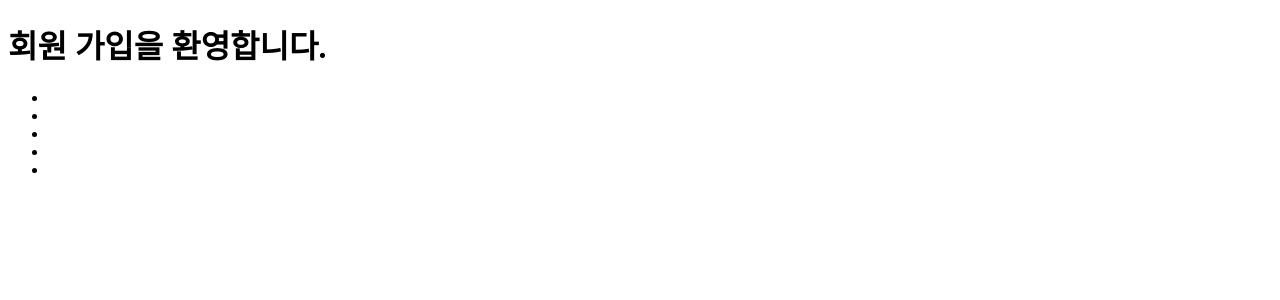
Repository: ygs3004/StudyHTML_CSS
Page: web project 01/src/main/webapp/chapter05/exam05_14.html
An editor plug-in stored every save of this project. The page is shown before and after the next save, followed by the edit.
The browser window is 1280 px wide. The pictures show the whole page.

Above is the page before, as saved 2022-08-05 07:45:53.

### web project 01/src/main/webapp/chapter05/exam05_14.html
<!DOCTYPE html>
<html>
<head>
<meta charset="UTF-8">
<title>Insert title here</title>
</head>
<body>
	<h1>회원 가입을 환영합니다.</h1>
	<form action="">
		<ul>
			<li></li>
			<li></li>
			<li></li>
			<li></li>
			<li></li>
		</ul>
	</form>
</body>
</html>

After the next save:
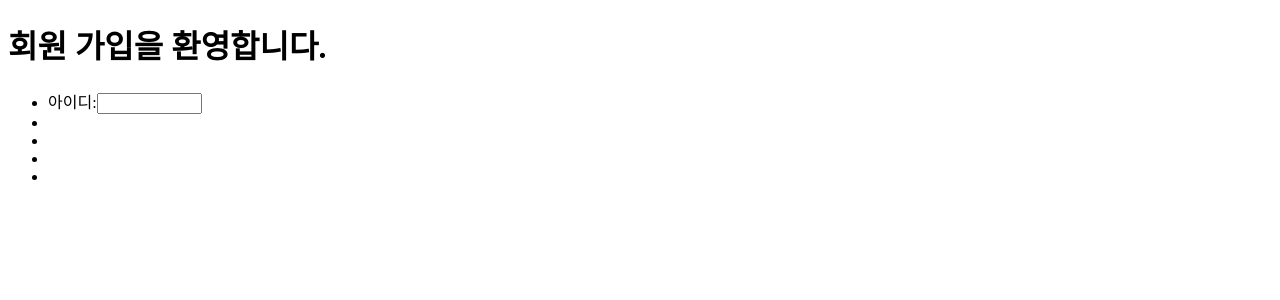
Saved 80 s later.
--- a/web project 01/src/main/webapp/chapter05/exam05_14.html
+++ b/web project 01/src/main/webapp/chapter05/exam05_14.html
@@ -8,7 +8,7 @@
 	<h1>회원 가입을 환영합니다.</h1>
 	<form action="">
 		<ul>
-			<li></li>
+			<li>아이디:<input type="text" id="user_id" size="10" </li>
 			<li></li>
 			<li></li>
 			<li></li>
